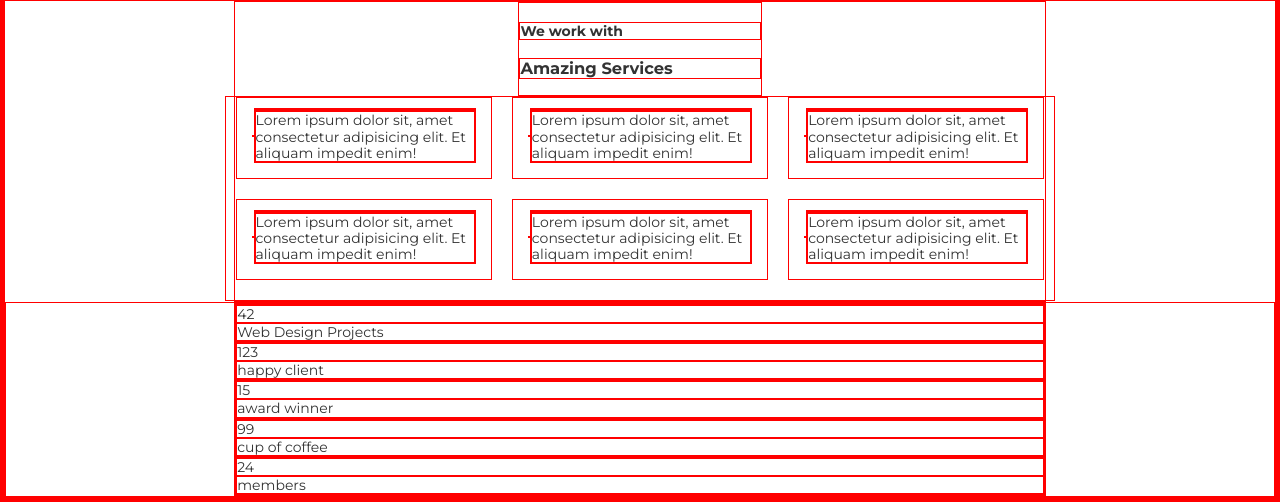
Repository: nataliiasaltan/Homework
Page: index.html
These files come from the project's save history. The page is drawn as it stood at one moment and after the next save; the edit follows.
The browser window is 1280 px wide. The pictures show the part of the page from y = 901 to 1403 px (the page is 1403 px tall).

Above is the page before, as saved 2020-02-27 08:37:29.

After the next save:
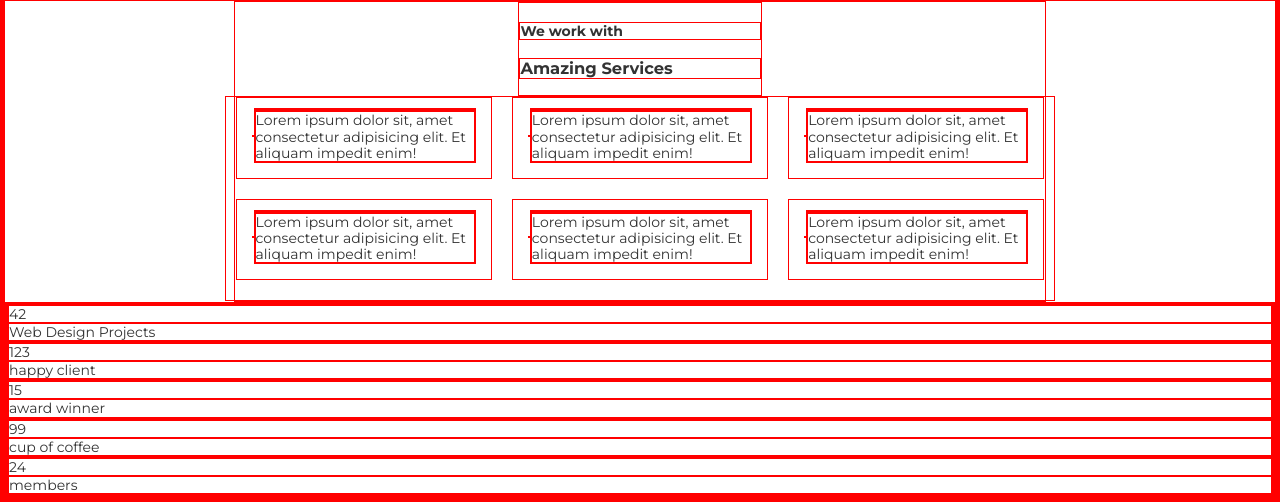
Saved 2 min 2 s later.
--- a/index.html
+++ b/index.html
@@ -133,7 +133,7 @@
                     </div>
 
                     <div class="result">
-                        <div class="container">
+                        <div class="result__container">
                             <div class="result__inner">
                                 <div class="namber">42</div>
                                 <div class="signature">Web Design Projects</div>
